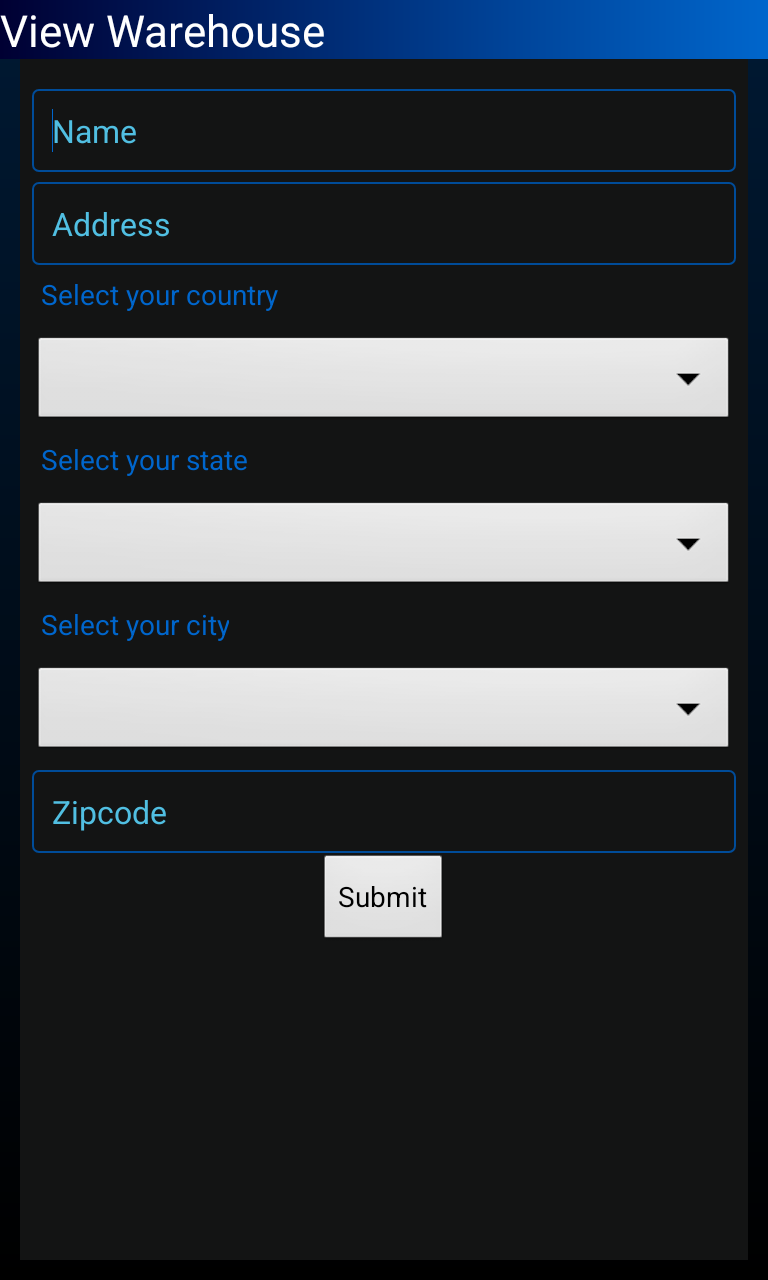
Repository: jasleen1291/B2BMobileApplication
Layout: Mobile E Commerce/B2B/res/layout/fragment_view_all_warehouse.xml
An editor plug-in stored every save of this project. The layout is shown before and after the next save, followed by the edit.
It is drawn on a 768 x 1280 px phone screen (xhdpi) without system bars, with theme mycustomtheme; the app's code is not run.

Above is the layout before, as saved 2013-05-27 16:15:28.

After the next save:
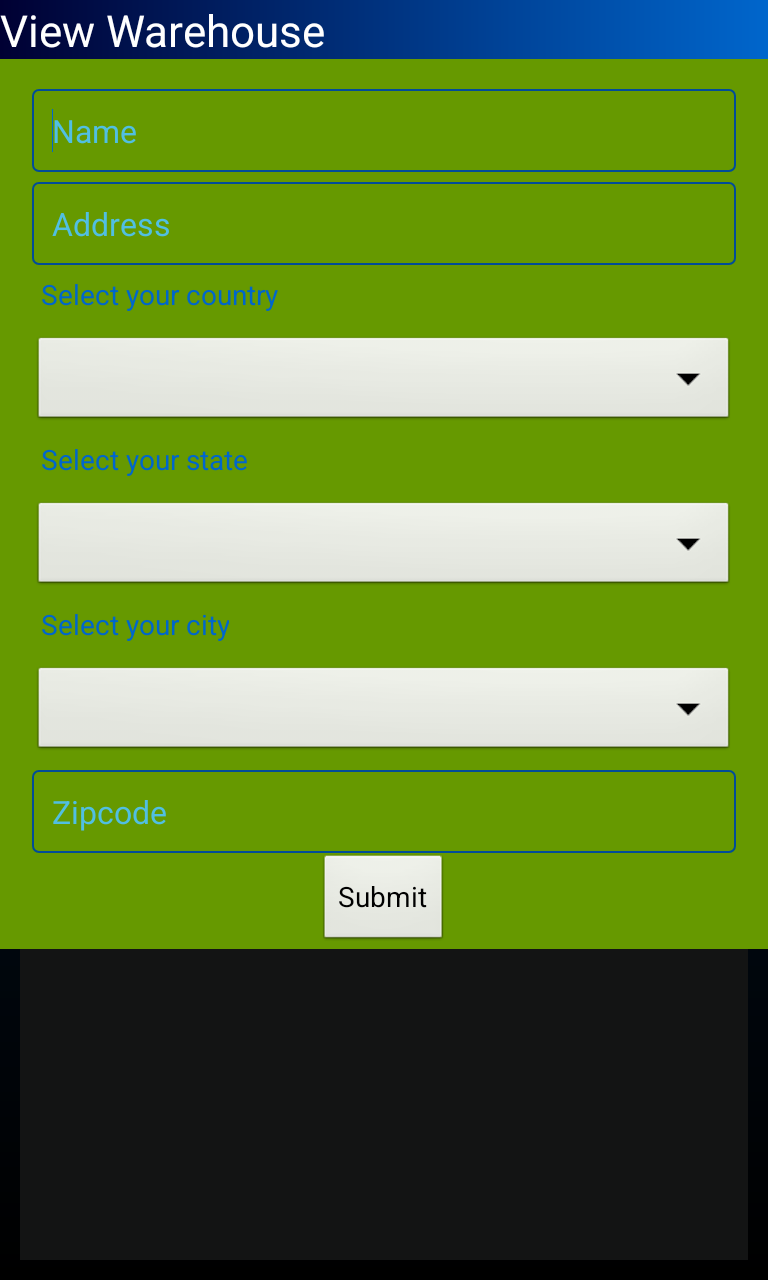
Saved 4 min 22 s later.
--- a/Mobile E Commerce/B2B/res/layout/fragment_view_all_warehouse.xml
+++ b/Mobile E Commerce/B2B/res/layout/fragment_view_all_warehouse.xml
@@ -6,6 +6,7 @@
     android:layout_width="match_parent"
     android:layout_height="wrap_content"
     android:orientation="vertical"
+    android:background="@android:color/holo_green_dark"
     >
 
     <!-- TODO: Update blank fragment layout -->
